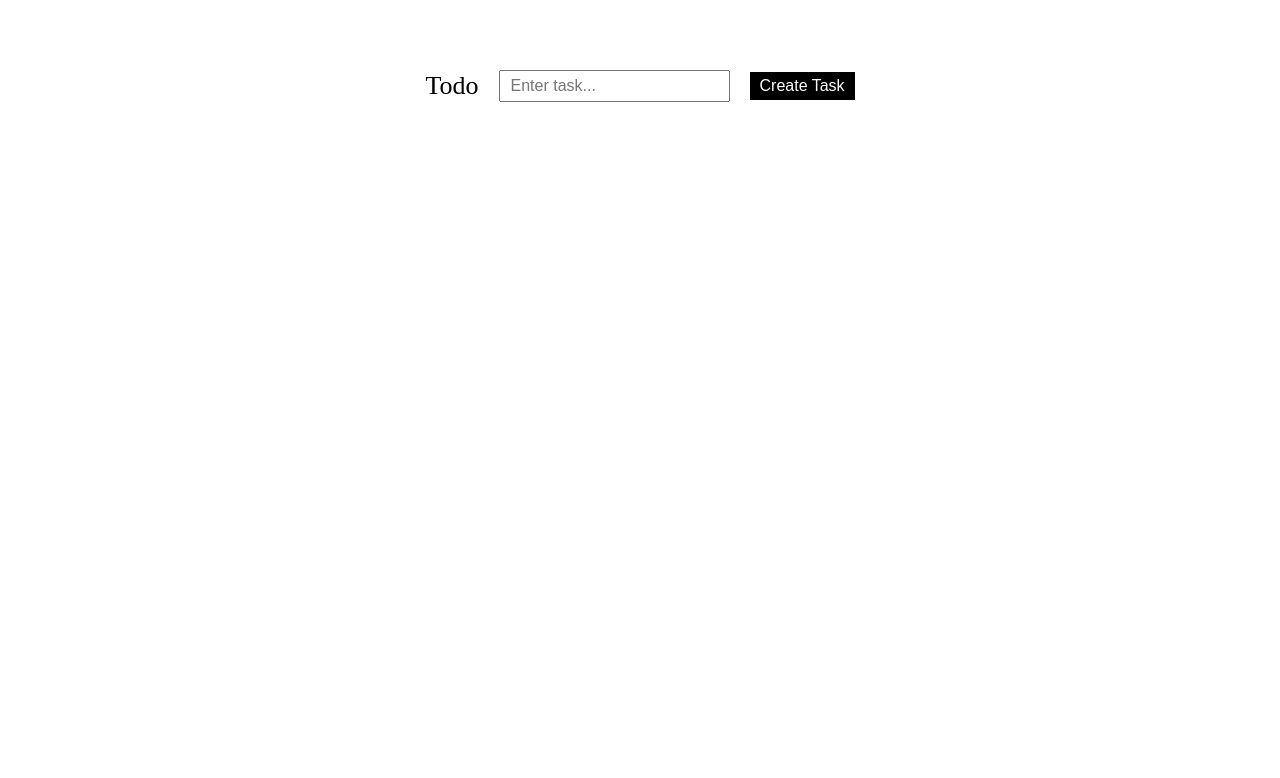
Repository: pawvan/todo_app
Page: markup/tod.html
An editor plug-in stored every save of this project. The page is shown before and after the next save, followed by the edit.
The browser window is 1280 px wide. The pictures show the whole page.

Above is the page before, as saved 2025-01-11 22:48:07.

After the next save:
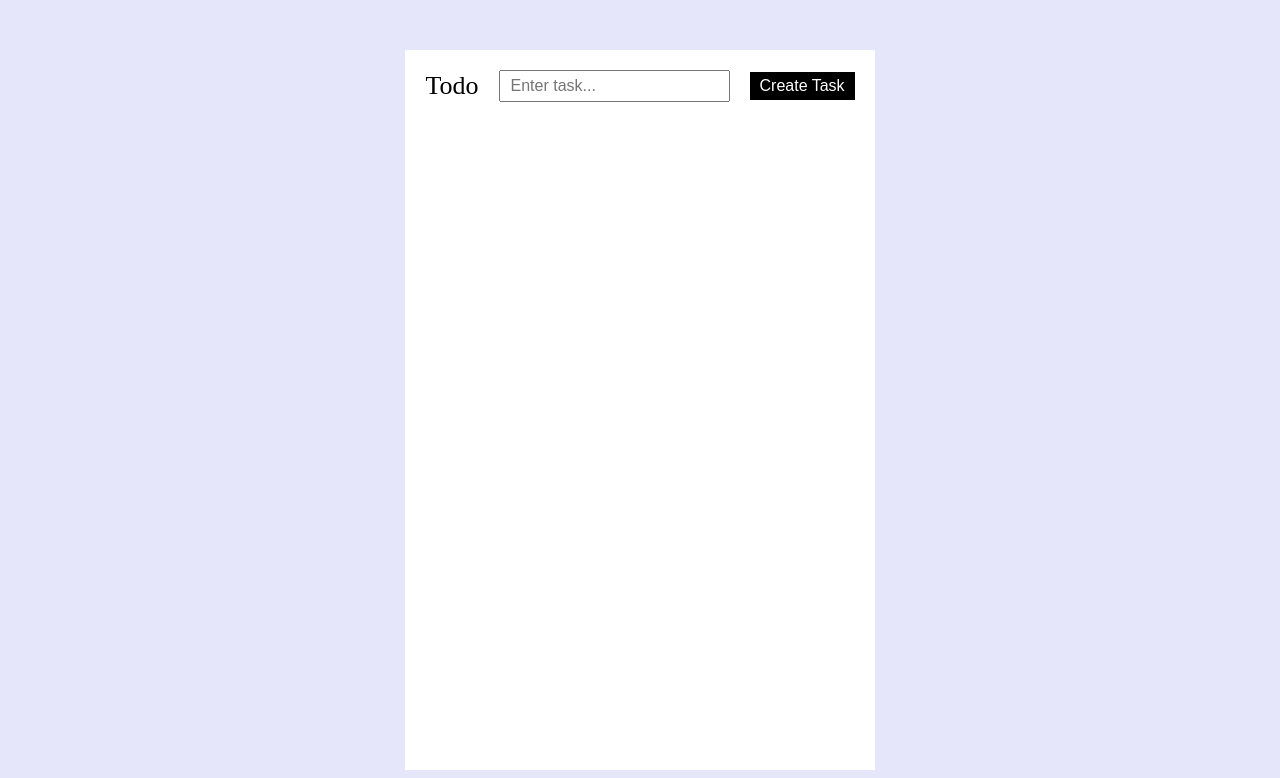
Saved 5 s later.
--- a/styles/todo.css
+++ b/styles/todo.css
@@ -3,7 +3,7 @@
     height: 100vh;
     display: flex;
     justify-content: center;
-    background-color:
+    background-color:lavender
 }
 
 .todo-upper {

After the save that followed:
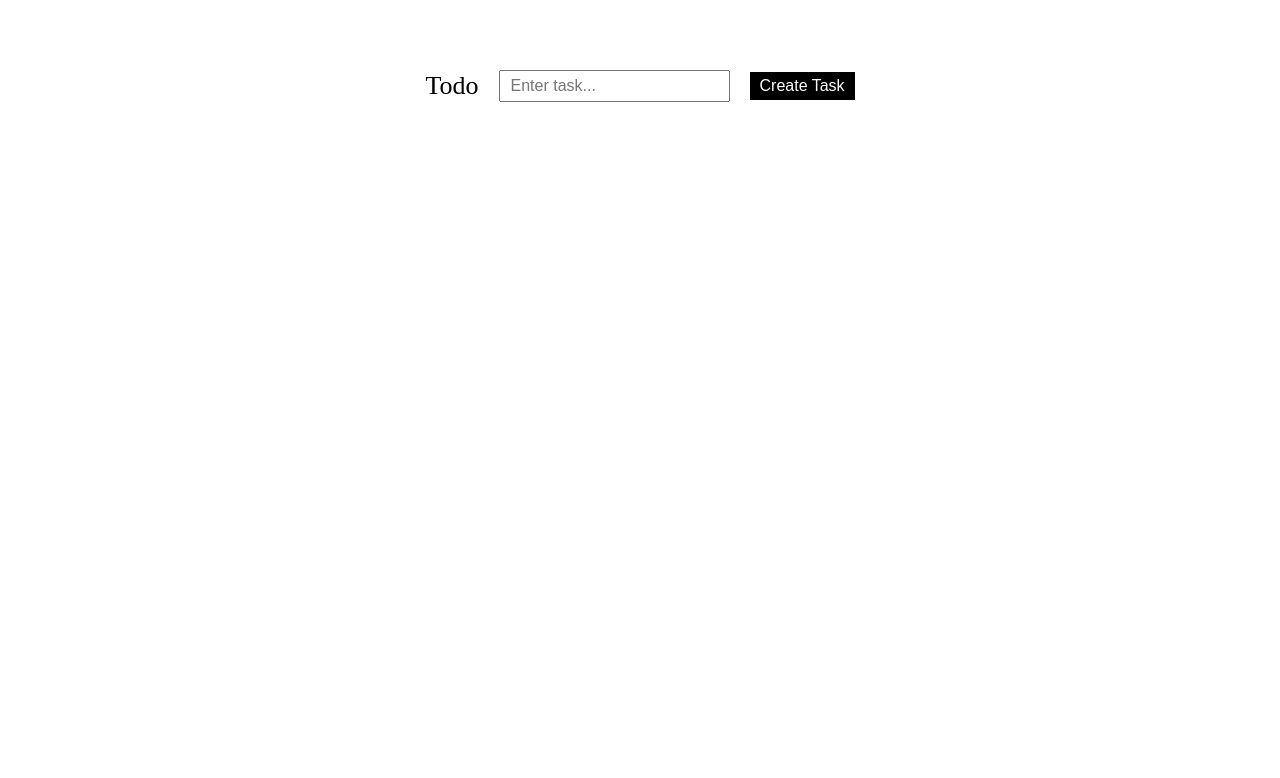
Saved 14 s later.
--- a/styles/todo.css
+++ b/styles/todo.css
@@ -3,7 +3,7 @@
     height: 100vh;
     display: flex;
     justify-content: center;
-    background-color:lavender
+    background-color:
 }
 
 .todo-upper {
